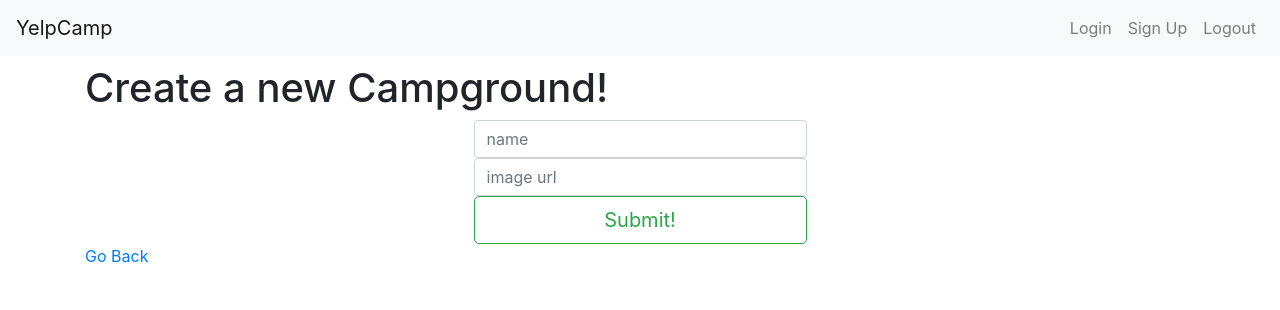
Repository: bosicheng/yelpcamp-project
Page: http://localhost/campgrounds/new
The author's editor kept a record of every edit. The page is drawn from the files as they stood at one moment, then again after the next edit.
The browser window is 1280 px wide. The pictures show the whole page.
Some web libraries are served in a nearby version. The page is served by the project's Node server (YelpCamp/v1/app.js).

Above is the page before.
Console error (its wording comes from the project's code and is left out).

After the next edit:
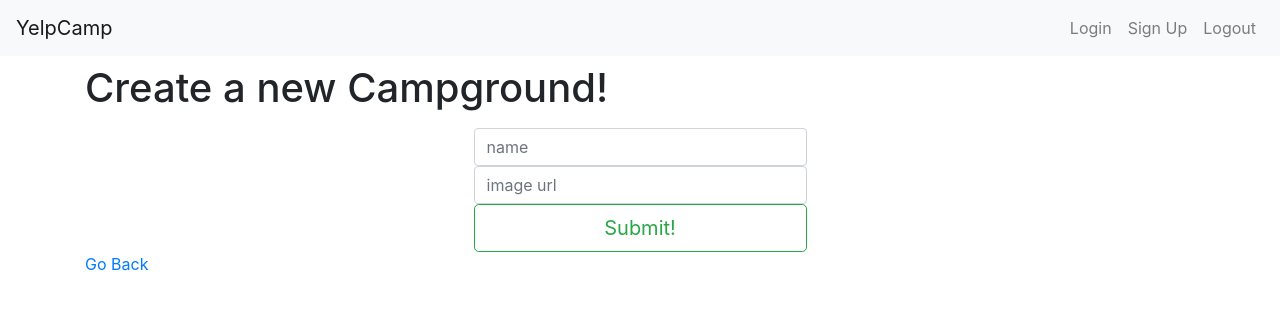
The edit:
--- a/YelpCamp/v1/views/new.ejs
+++ b/YelpCamp/v1/views/new.ejs
@@ -3,6 +3,15 @@
 <div class='container'>
     <h1>Create a new Campground!</h1>
     <div style="width:30%;margin:0 auto">
+        <div class="form-group">
+
+        </div>
+        <div class="form-group">
+
+        </div>
+        <div class="form-group">
+
+        </div>
         <form action='/campgrounds' method='POST'>
         <!--这里的name会变成req.body下的属性-->
         <input class='form-control' type='text' name='name' placeholder='name'>
